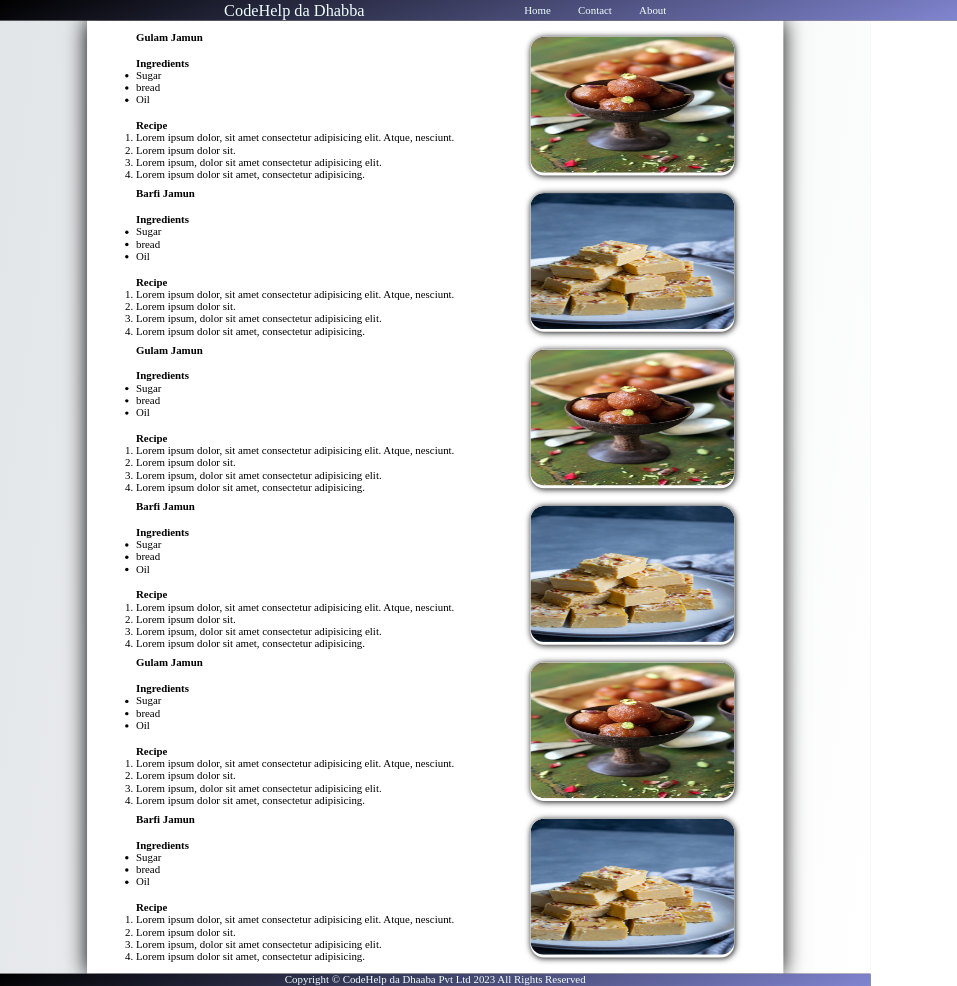
Repository: ssaddamhuss100/Recipe_Html_css
Page: index.html
These files come from the project's save history. The page is drawn as it stood at one moment and after a run of saves; the edit follows.
The browser window is 1280 px wide. The page is 1408 px wide, so the pictures cover 1408 px, including what lies to the right of the window. The pictures show the whole page, at 68% of full size.

Above is the page before, as saved 2024-12-12 11:00:31.

After the next 2 saves:
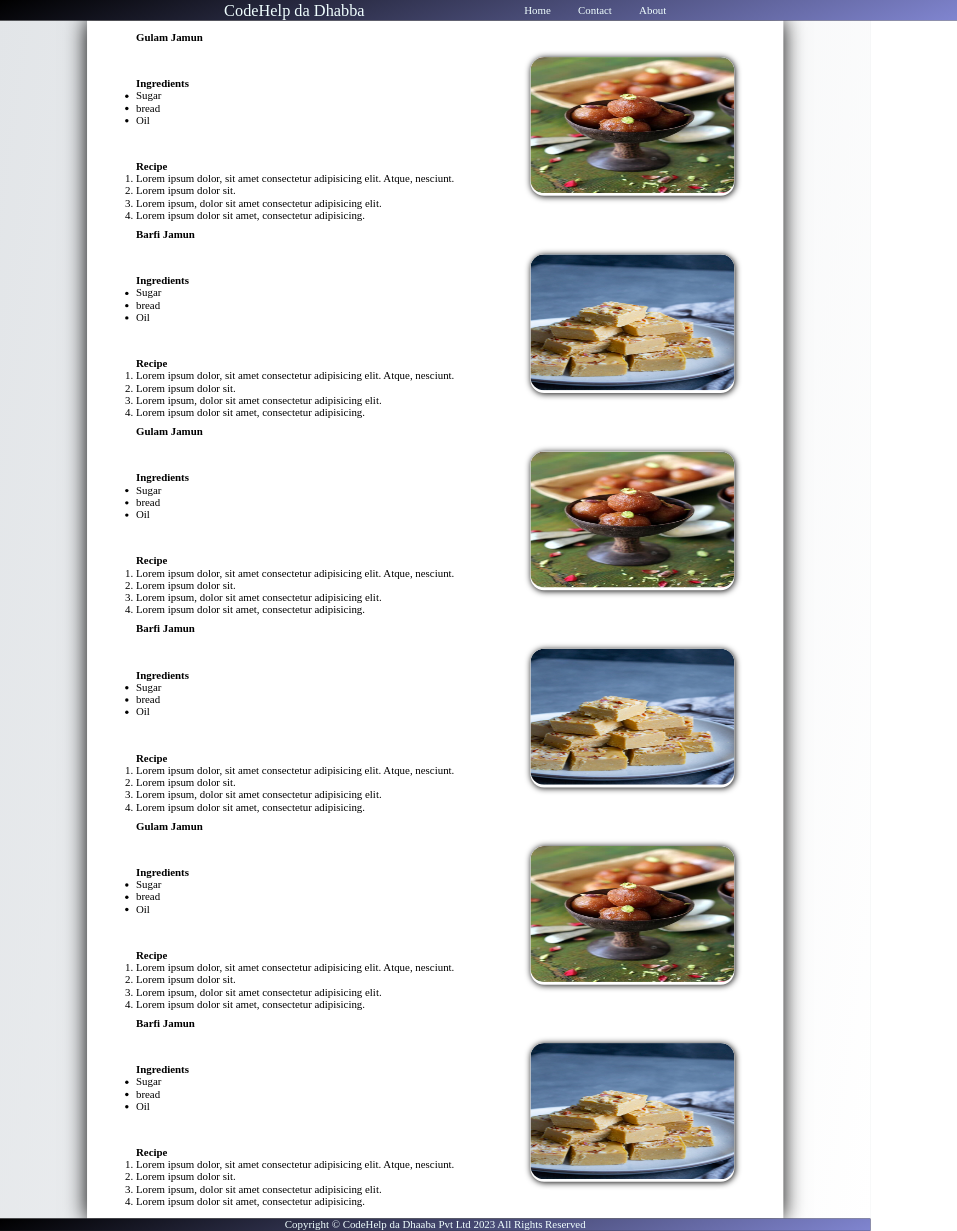
The 2 saves are shown as one change because they came seconds apart.
The last was saved 80 s later.
--- a/style.css
+++ b/style.css
@@ -110,7 +110,7 @@ footer{
 .leftBox{
     display: flex;
     flex-direction: column;
-    gap: 20px;
+    gap: 50px;
 }
 .leftBox h2{
     font-size: 1rem;
